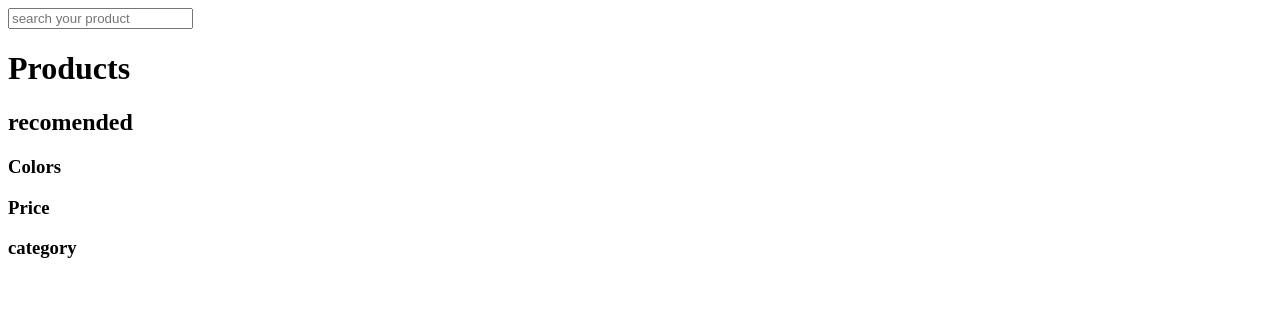
Repository: Mohankrishna1201/final_products_list
Page: /
An editor plug-in stored every save of this project. The page is shown before and after the next save, followed by the edit.
The browser window is 1280 px wide. The pictures show the whole page.
The project was rebuilt for these pictures with package versions that can differ from the ones it lists, and the page was loaded fresh each time.

Above is the page before, as saved 2023-11-01 11:05:24.

### src/App.js
import NavBar from "./Nav/NavBar";
import Products from "./Products/Products";
import Recommended from "./Recommended/Recommended"
import Category from "./SideBar/Category/Category";
import Colors from "./SideBar/Colors/Colors";
import Price from "./SideBar/Price/Price";

function App() {
  return (
    <>
      <NavBar />
      <Products />
      <Recommended />
      <Colors />
      <Price />
      <Category />

    </>
  );
}

export default App;

### src/Nav/NavBar.js
import React from 'react'
import { FiHeart } from "react-icons/fi"
import { AipOutlineShoppingCart, AiOutlineUserAdd } from "react-icons/ai"
function NavBar() {
    return (
        <nav>
            <div className='nav-container'>
                <input type="text" className='search-input' placeholder='search your product'></input>
            </div>
            <div className='profile-container'>
                <a href='#' >


                </a>

            </div>
        </nav>
    )
}

export default NavBar;

### src/Products/Products.js
import React from 'react'

export default function Products() {
    return (
        <div>
            <h1> Products</h1>
        </div>
    )
}

### src/Recommended/Recommended.js
import React from 'react'

export default function Recommended() {
    return (
        <div>
            <h2>  recomended</h2>
        </div>
    )
}

### src/SideBar/Category/Category.js
import React from 'react'

export default function Category() {
    return (
        <div>
            <h3> category</h3>
        </div>
    )
}

### src/SideBar/Colors/Colors.js
import React from 'react'

export default function Colors() {
    return (
        <div>
            <h3>Colors</h3>
        </div>
    )
}

### src/SideBar/Price/Price.js
import React from 'react'

export default function Price() {
    return (
        <div>
            <h3>Price</h3>
        </div>
    )
}

Loaded but not shown: public/index.html (common file); src/index.js (common file)

After the next save:
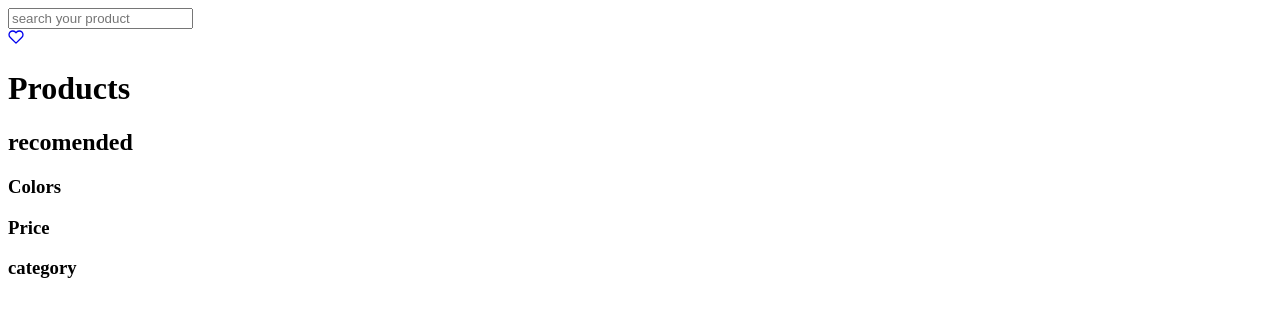
Saved 53 s later.
--- a/src/Nav/NavBar.js
+++ b/src/Nav/NavBar.js
@@ -9,8 +9,7 @@ function NavBar() {
             </div>
             <div className='profile-container'>
                 <a href='#' >
-
-
+                    <FiHeart className='nav-icons' />
                 </a>
 
             </div>
